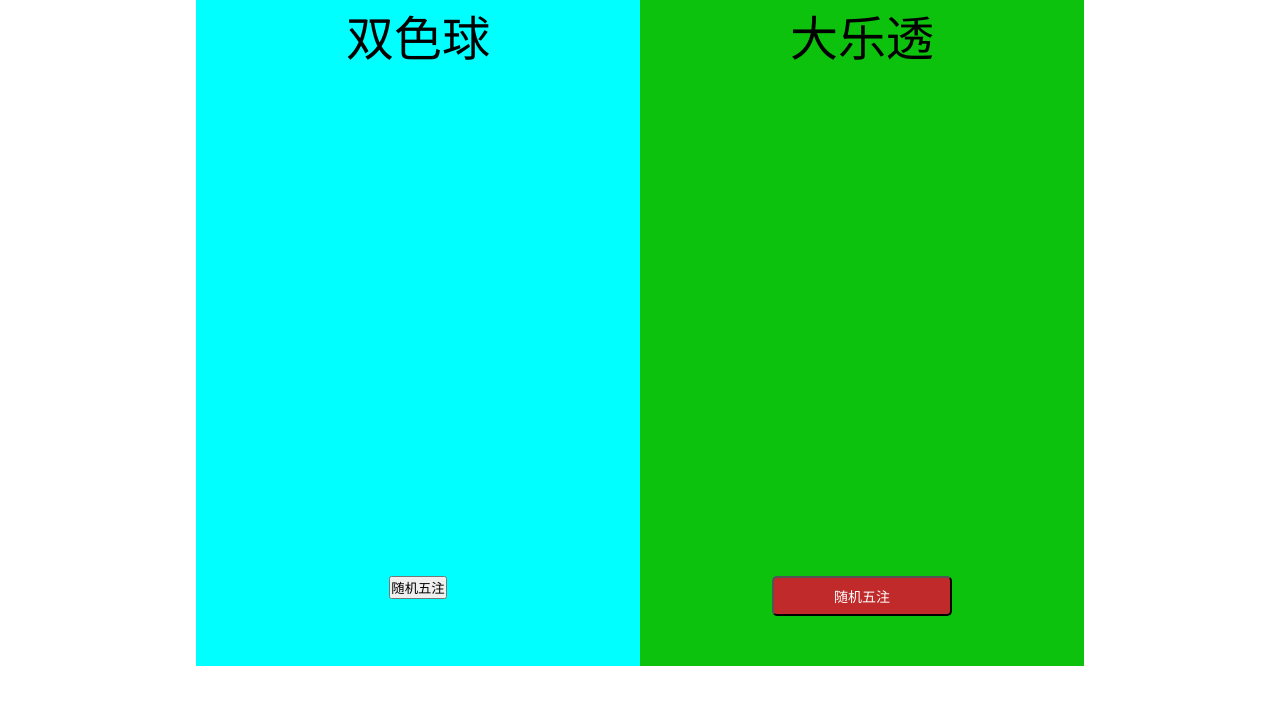
Repository: yz1181214391/caipiao-demo
Page: Cp.html
The author's editor kept a copy of each file at every save. The page is drawn from the files as they stood at one save, then again after the next save.
The browser window is 1280 px wide. The pictures show the whole page.

Above is the page before, as saved 2020-12-14 11:09:54.

### Cp.html
<!DOCTYPE html>
<html lang="en">
<head>
    <meta charset="UTF-8">
    <meta name="viewport" content="width=device-width, initial-scale=1.0">
    <title>彩票</title>
</head>
<style type="text/css">
    html,body {margin: 0;padding: 0;height: 100%;width: 100%;}
    a {text-decoration: none;}
    body,div,dl,dt,dd,ul,ol,li,h1,h2,h3,h4,h5,h6,pre,form,fieldset,input,textarea,p,blockquote,th,td {margin: 0;padding: 0;}
    table {border-collapse: collapse;border-spacing: 0;}
    fieldset,img {border: 0;}
    address,caption,cite,code,dfn,em,strong,th,var {font-style: normal;font-weight: normal;}
    ol,ul {list-style: none;}
    caption,th {text-align: left;}
    h1,h2,h3,h4,h5,h6 {font-size: 100%;font-weight: normal;}
    q:before,q:after {content: '';}
    abbr,acronym {border: 0;}
    body{
        font-family: "Chinese Quote", -apple-system, BlinkMacSystemFont, "Segoe UI", "PingFang SC", "Hiragino Sans GB", "Microsoft YaHei", "Helvetica Neue", Helvetica, Arial, sans-serif, "Apple Color Emoji", "Segoe UI Emoji", "Segoe UI Symbol";
    }

    .box{
        margin: 0 auto;
        width: 888px;
        height: 666px;
        display: flex;
        flex-direction: row;
    }
    .cp-flex{
        display: flex;
        flex-direction: column;
        align-items: center;
    }
    .cp-font{
        font-size: 48px;
        font-family: "Times New Roman", Times, serif;
    }
    .ssq-box{
        width: 100%;
        background-color: aqua;
    }
    .dlt-box{
        width: 100%;
        background-color: rgb(13, 194, 13);
    }

    .content {
        height: 66%;
        padding-top: 66px;
        text-align: center;
    }
    .context {
        margin: 20px 0;
    }
    .context span {
        display: inline-block;
        width: 30px;
        height: 30px;
        line-height: 30px;
        font-size: 14px;
        border-radius: 50%;
        color: #fff;
        background: rgba(192, 42, 42, 1);
        margin-right: 15px;
    }
    .context span:nth-child(5) {
        margin-right: 30px;
    }
    .context span:nth-child(7) {
        margin-right: 0;
    }
    .context span:nth-child(6),.context span:nth-child(7) {
        background: rgba(47, 40, 153, 1);
    }
    .button {
        width: 100%;
    }
    .button input {
        width: 180px;
        height: 40px;
        line-height: 40px;
        display: block;
        margin: 0 auto;
        background: rgba(192, 42, 42, 1);
        color: #fff;
        font: normal 400 14px '微软雅黑';
        border-radius: 5px;
        outline: none;
    }
</style>
<body>
    <div class="box">
        <div class="ssq-box cp-flex">
            <h3 class="cp-font">双色球</h3>
            <div class="content content1"></div>
            <div class="button1">
                <input type="button" value="随机五注" onclick="fiveNumStr1()">
            </div>
        </div>
        <div class="dlt-box cp-flex">
            <h3 class="cp-font">大乐透</h3>
            <div class="content content2"></div>
            <div class="button">
                <input type="button" value="随机五注" onclick="fiveNumStr()">
            </div>
        </div>
    </div>
</body>
<script>
    // 定义 randomNumber方法, 随机输出数组
    function randomNumber(num) {
      // 定义 strArr方法, 生成数组
      function strArr(num) {
          var numberAarry = []
          for (var i = 0; i < num; i++) {
              numberAarry[i] = i + 1
          }
          return numberAarry
      }
      // 获得数组
      var numberAarry = strArr(num)
      // 将数组元素随机排序
      numberAarry.sort(function () {
          return 0.5 - Math.random()
      })
      // 小于10，前面加0
      for (var i = 0; i < numberAarry.length; i++) {
          if (numberAarry[i] < 10) {
              numberAarry[i] = '0' + numberAarry[i]
          } else {
              numberAarry[i] = String(numberAarry[i])
          }
      }
      return numberAarry
  }

    // 用 fiveIsClick 限制用户频繁点击按钮
    var fiveIsClick = true
  function fiveNumStr() {
      if (fiveIsClick) {
          // 设为false, 不可再次点击
          fiveIsClick = false
          var content = document.getElementsByClassName('content2')[0]
          var innerText = content.getElementsByClassName('context')
          var ulNode = content.getElementsByTagName('ul')[0]
          // 先删除已创建的ul及其字节点, 再新增
          // 为什么要删除再添加节点呢, 是因为不增删节点只改变数字虽然渲染更快, 但是区别太小, 失去了动态效果
          // 当然, 如果你不需要删除再添加节点也行, 以下代码稍改动一下就好了
          if (ulNode) {
              content.removeChild(ulNode)
          }
          var ul = document.createElement('ul')
          // 用ul节点长度判断是否存在ul
          var ulLength = content.getElementsByTagName('ul').length
          var index = 0
          // 计时器，每隔0.5秒新增一组
          var interval = setInterval(function() {
              index ++
              if (ulLength < 1) {
                  var li = document.createElement('li')
                  li.setAttribute('class','context')
                  ul.appendChild(li)
                  content.appendChild(ul)
                  // 遍历li节点
                  var context = document.getElementsByClassName('context')[index - 1]
                  // 得到顺序被打乱的前区35个数字数组
                  var randomLeft = randomNumber(35)
                  // 大乐透前区数组
                  var leftNum = [randomLeft[0], randomLeft[1], randomLeft[2], randomLeft[3], randomLeft[4]]
                  // 从小到大排序
                  leftNum.sort(function (a, b) {
                      return a - b
                  })
                  // 得到顺序被打乱的后区12个数字数组
                  var randomRight = randomNumber(12)
                  // 大乐透后区数组
                  var rightNum = [randomRight[0], randomRight[1]]
                  rightNum.sort(function (a, b) {
                      return a - b // 从小到大排序
                  })
                  // 节点模版，用于给每个球添加样式
                  var spanNode = "<span>" + leftNum[0] + "</span>" + "<span>" + leftNum[1] + "</span>" + "<span>" + leftNum[2] + "</span>"
                      + "<span>" + leftNum[3] + "</span>" + "<span>" + leftNum[4] + "</span>" + "<span>" + rightNum[0] + "</span>" + "<span>" + rightNum[1] + "</span>"
                  // 节点已添加，再添加spanNode节点模版
                  context.innerHTML = spanNode
                  // li节点数量达到5个，就停止计时器
                  if (index >= 5) {
                      clearInterval(interval)
                  }
              }
          }, 500)
          // 阻止按钮重复点击，间隔3秒
          setTimeout(function() {
              fiveIsClick = true
          }, 3000)
      }
  }
</script>
</html>

After the next save:
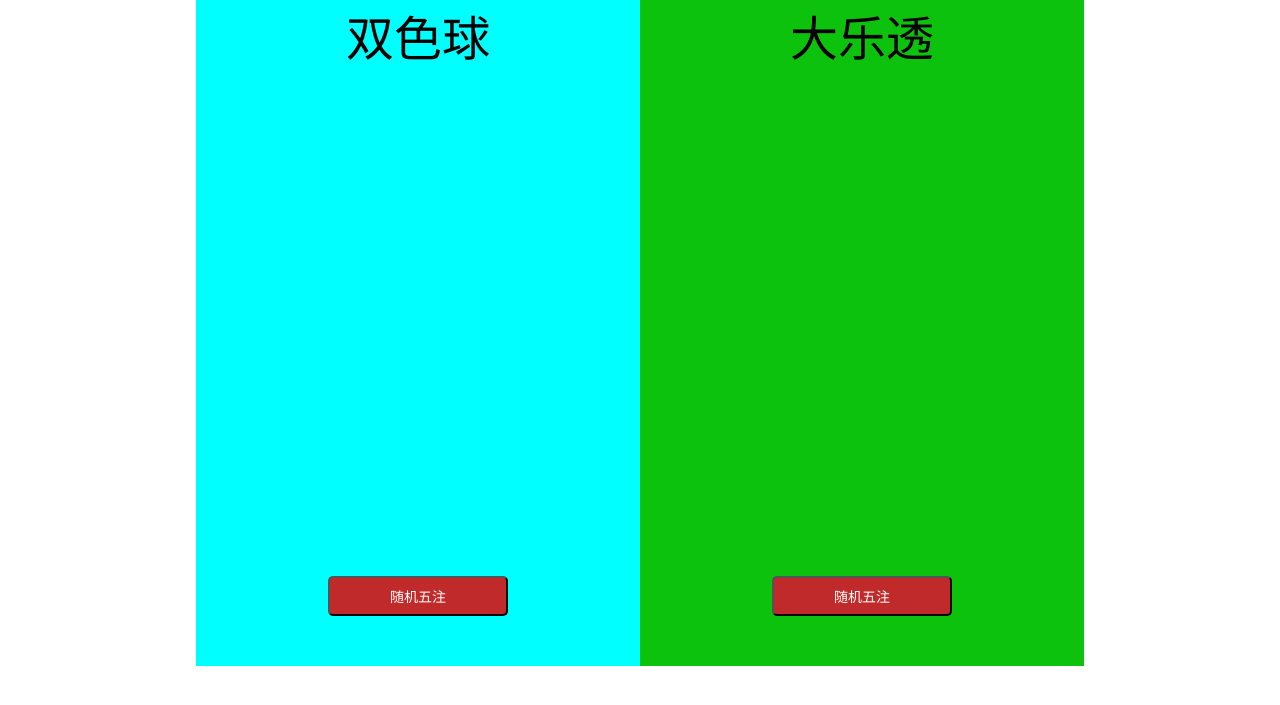
Saved 29 s later.
--- a/Cp.html
+++ b/Cp.html
@@ -95,7 +95,7 @@
         <div class="ssq-box cp-flex">
             <h3 class="cp-font">双色球</h3>
             <div class="content content1"></div>
-            <div class="button1">
+            <div class="button">
                 <input type="button" value="随机五注" onclick="fiveNumStr1()">
             </div>
         </div>
